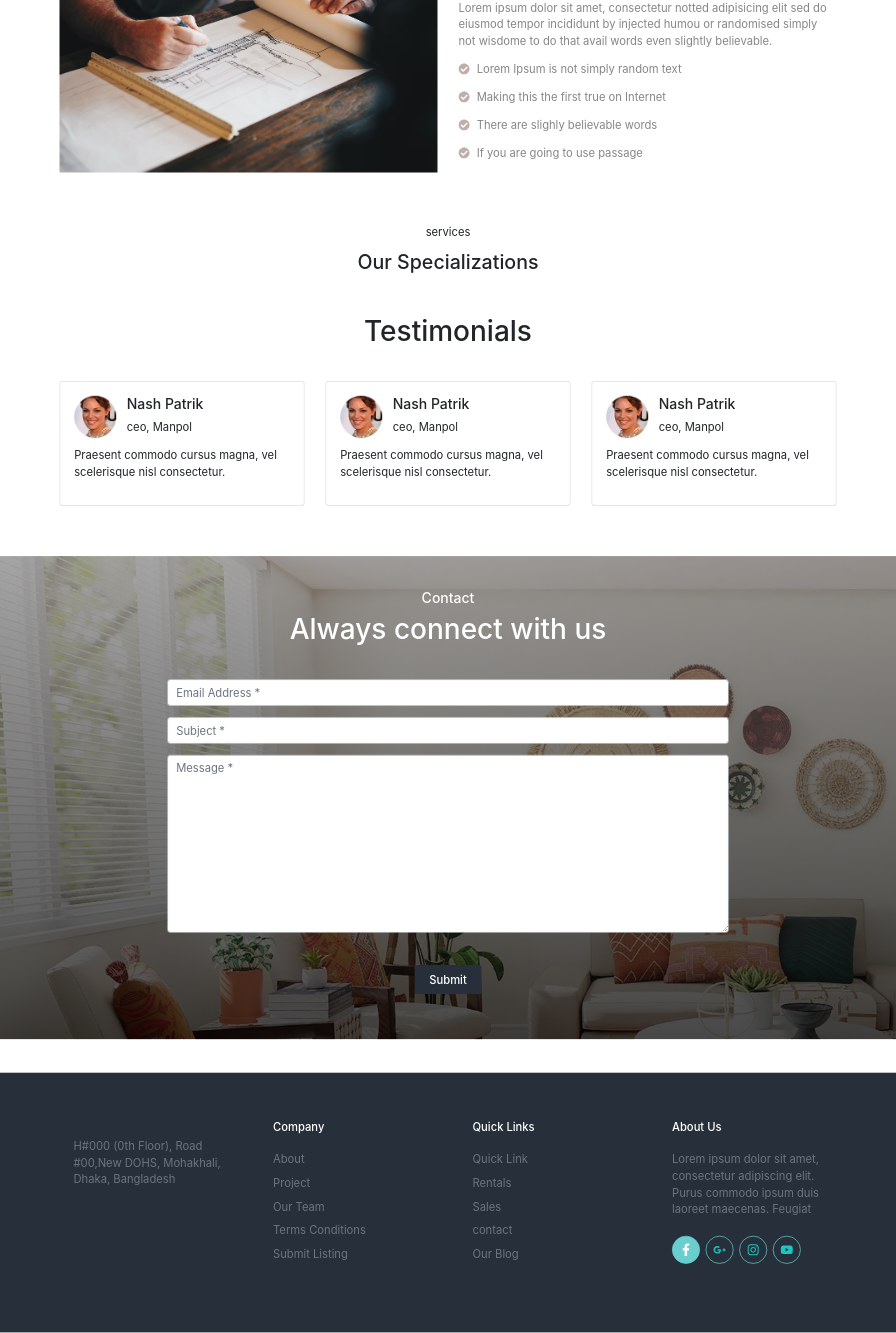
Repository: arif286/home-decoration-client-site
Page: /
The author's editor kept a copy of each file at every save. The page is drawn from the files as they stood at one save, then again after the next save.
The browser window is 1280 px wide. The pictures show the part of the page from y = 1278 to 3198 px (the page is 3182 px tall before and 3198 px after), at 70% of full size.
The page's requests for data from a server got no answer. The project was rebuilt for these pictures with package versions that can differ from the ones it lists, and the page was loaded fresh each time. No one was signed in, and anything a server would have sent is missing. Also part of the build but not shown: src/components/DashBoard/Admin/AddService/AddService.css, src/components/DashBoard/Admin/AddService/AddService.js, src/components/DashBoard/Admin/MakeAdmin/MakeAdmin.css, src/components/DashBoard/Admin/MakeAdmin/MakeAdmin.js, src/components/DashBoard/Admin/ManageService/ManageService.js, src/components/DashBoard/Admin/OrderList/OrderList.js, src/components/DashBoard/User/Booking/Booking.js, src/components/DashBoard/User/BookingList/BookingList.js and 13 more.

Above is the page before, as saved 2021-04-16 04:43:34.

### src/App.js
import "bootstrap/dist/css/bootstrap.min.css";
import React, { createContext, useState } from "react";
import { BrowserRouter as Router, Route, Switch } from "react-router-dom";
import DashBoard from "./components/DashBoard/DashBoard/DashBoard";
import Home from "./components/HomePage/Home/Home";
import PrivateRoute from "./components/LoginPage/PrivateRoute/PrivateRoute";
import SignUp from "./components/LoginPage/SignUp/SignUp";

export const UserContext = createContext();

function App() {
  const [loggedInUser, setLoggedInUser] = useState({});
  return (
    <UserContext.Provider value={[loggedInUser, setLoggedInUser]}>
      <Router>
        <Switch>
          <Route path="/home">
            <Home />
          </Route>
          <PrivateRoute path="/dashBoard">
            <DashBoard />
          </PrivateRoute>
          <Route path="/login">
            <SignUp />
          </Route>
          <Route exact path="/">
            <Home />
          </Route>
        </Switch>
      </Router>
    </UserContext.Provider>
  );
}

export default App;

### src/components/HomePage/Home/Home.js
import React from 'react';
import AboutUs from '../AboutUs/AboutUs';
import Contact from '../Contact/Contact';
import Footer from '../Footer/Footer';
import Header from '../Header/Header';
import Project from '../Project/Project';
import Service from '../Service/Service';
import Testimonials from '../Testimonials/Testimonials';

const Home = () => {
    return (
        <>
            <Header />
            <Project />
            <AboutUs/>
            <Service />
            <Testimonials />
            <Contact/>
            <Footer/>
        </>
    );
};

export default Home;

### src/components/HomePage/AboutUs/AboutUs.js
import { faCheckCircle } from "@fortawesome/free-solid-svg-icons";
import { FontAwesomeIcon } from "@fortawesome/react-fontawesome";
import React from "react";
import { Col, Container, Row } from "react-bootstrap";
import architects from "../../../home-decoration/Image_Icon/Image/architect.jpg";
import "./AboutUs.css";

const checkBox = <FontAwesomeIcon icon={faCheckCircle} />;

const AboutUs = () => {
  return (
    <Container className="mt-5">
      <h1 className="text-center mb-4">About Us</h1>
      <Row className="row-cols-1 row-cols-md-2">
        <Col className="pb-4">
          <img
            style={{ objectFit: "cover" }}
            className="w-100 h-100"
            src={architects}
            alt=""
          />
        </Col>
        <Col className="pb-4 about-us">
          <p className="welcome-text">
            <small>WELCOME TO OUR AGENCY</small>
          </p>
          <h5>MOST EXPERIENCED BUILDERS ARCHITECTS & DESIGNERS</h5>
          <p style={{ color: "#C0AC95", fontStyle: "italic", fontWeight: 500 }}>
            We're building everything you always needed in architect
          </p>

          <p>
            Lorem ipsum dolor sit amet, consectetur notted adipisicing elit sed
            do eiusmod tempor incididunt by injected humou or randomised simply
            not wisdome to do that avail words even slightly believable.
          </p>
          <div>
            <p>
              <span>{checkBox}</span>Lorem Ipsum is not simply random text
            </p>
            <p>
              <span>{checkBox}</span>Making this the first true on Internet
            </p>
            <p>
              <span>{checkBox}</span>There are slighly believable words
            </p>
            <p>
              <span>{checkBox}</span>If you are going to use passage
            </p>
          </div>
        </Col>
      </Row>
    </Container>
  );
};

export default AboutUs;

### src/components/HomePage/Contact/Contact.js
import React from "react";
import "./Contact.css";
const Contact = () => {
  return (
    <section className="contact my-5 py-5">
      <div className="container">
        <div className="section-header text-center text-white mb-5">
          <h5 className="text-white">Contact</h5>
          <h1>Always connect with us</h1>
        </div>
        <div className="col-md-9 mx-auto">
          <form action="">
            <div className="form-group">
              <input
                type="text"
                className="form-control"
                placeholder="Email Address *"
              />
            </div>
            <div className="form-group">
              <input
                type="text"
                className="form-control"
                placeholder="Subject *"
              />
            </div>
            <div className="form-group">
              <textarea
                name=""
                className="form-control"
                id=""
                cols="30"
                rows="10"
                placeholder="Message *"
              ></textarea>
            </div>
            <div className="form-group text-center">
              <button type="button" className="btn btn-brand">
                Submit
              </button>
            </div>
          </form>
        </div>
      </div>
    </section>
  );
};

export default Contact;

### src/components/HomePage/Footer/Footer.js
import {
  faFacebookF,

  faGooglePlusG, faInstagram, faYoutube
} from "@fortawesome/free-brands-svg-icons";
import { FontAwesomeIcon } from "@fortawesome/react-fontawesome";
import React from "react";
import { Container } from "react-bootstrap";
import FooterCol from "../FooterCol/FooterCol";
import "./Footer.css";

const Footer = () => {
  const ourAddress = [
    {
      name:
        "H#000 (0th Floor), Road #00,New DOHS, Mohakhali, Dhaka, Bangladesh  ",
    },
  ];
  const AboutUs = [
    {
      name:
        "Lorem ipsum dolor sit amet, consectetur adipiscing elit. Purus commodo ipsum duis laoreet maecenas. Feugiat ",
      link: "//google.com/map",
    },
  ];
  const quickLinks = [
    { name: "Quick Link", link: "/" },
    { name: "Rentals", link: "/" },
    { name: "Sales", link: "/" },
    { name: "contact", link: "/" },
    { name: "Our Blog", link: "/" },
  ];
  const company = [
    { name: "About", link: "/" },
    { name: "Project", link: "/" },
    { name: "Our Team", link: "/" },
    { name: "Terms Conditions", link: "/" },
    { name: "Submit Listing", link: "/" },
  ];
  return (
    <footer className="footer-area clear-both">
      <Container className="mt-5">
        <div className="row py-5">
          <FooterCol key={1} menuItems={ourAddress} />
          <FooterCol key={2} menuTitle="Company" menuItems={company} />
          <FooterCol key={3} menuTitle="Quick Links" menuItems={quickLinks} />
          <FooterCol key={4} menuTitle="About Us" menuItems={AboutUs}>
            <ul className="social-media list-inline">
              <li className="list-inline-item">
                <a href="//facebook.com">
                  <FontAwesomeIcon
                    className="icon active-icon"
                    icon={faFacebookF}
                  />
                </a>
              </li>
              <li className="list-inline-item">
                <a href="//google.com">
                  <FontAwesomeIcon className="icon" icon={faGooglePlusG} />
                </a>
              </li>
              <li className="list-inline-item">
                <a href="//instagram.com">
                  <FontAwesomeIcon className="icon" icon={faInstagram} />
                </a>
              </li>
              <li className="list-inline-item">
                <a href="//youtube.com">
                  <FontAwesomeIcon className="icon" icon={faYoutube} />
                </a>
              </li>
            </ul>
          </FooterCol>
        </div>
      </Container>
    </footer>
  );
};

export default Footer;

### src/components/HomePage/Header/Header.js
import React from 'react';
import { Card, Col, Container, Row } from 'react-bootstrap';
import NavBar from '../NavBar/NavBar';
import './Header.css';
const Header = () => {
    return (
      <div className="top-banner">
        <NavBar />
        <Container>
          <Row className="row-cols-1 row-cols-md-2  mt-5">
            <Col className="design pb-4">
              <Card.Body>
                <h3 className="text-wrap">Contemporary Interior Design</h3>
                <p>
                  Online Easte Agency, the mordern way to sell your own home,
                  You can use Griffin Residential to market your property
                </p>
                <button>View Projects</button>
              </Card.Body>
            </Col>
            <Col className="pb-4">
              <iframe
                width="100%"
                height="365"
                src="https://www.youtube-nocookie.com/embed/_Ecl_XEETEA?start=23"
                title="YouTube video player"
                frameBorder="0"
                allow="accelerometer; autoplay; clipboard-write; encrypted-media; gyroscope; picture-in-picture"
                allowFullScreen
              ></iframe>
            </Col>
          </Row>
        </Container>
      </div>
    );
};

export default Header;

### src/components/HomePage/Project/Project.js
import React, { useState } from 'react';
import { Carousel, Container } from 'react-bootstrap';
import carousel1 from "../../../home-decoration/Image_Icon/Image/carousel1.jpg";
import carousel2 from "../../../home-decoration/Image_Icon/Image/carousel2.jpg";
import carousel3 from "../../../home-decoration/Image_Icon/Image/carousel3.jpg";
import carousel4 from "../../../home-decoration/Image_Icon/Image/carousel4.jpg";

const Project = () => {
     const [index, setIndex] = useState(0);

  const handleSelect = (selectedIndex, e) => {
    setIndex(selectedIndex);
  };

    return (
      <Container className="mt-5">
        {/* <p className='text-center'>Projects</p>
            <h3 className='text-center mb-5'>Discover the latest interior Design available tody</h3> */}
        <Carousel activeIndex={index} onSelect={handleSelect}>
          <Carousel.Item>
            <img
              style={{ height: "400px", objectFit: "cover" }}
              className="d-block w-100"
              src={carousel1}
              alt="First slide"
            />
            <Carousel.Caption>
              <h3>Floor Plan</h3>
              <p>Nulla vitae elit libero, a pharetra augue mollis interdum.</p>
            </Carousel.Caption>
          </Carousel.Item>
          <Carousel.Item>
            <img
              style={{ height: "400px", objectFit: "cover" }}
              className="d-block w-100"
              src={carousel2}
              alt="Second slide"
            />

            <Carousel.Caption>
              <h3>Interior Design</h3>
              <p>Lorem ipsum dolor sit amet, consectetur adipiscing elit.</p>
            </Carousel.Caption>
          </Carousel.Item>
          <Carousel.Item>
            <img
              style={{ height: "400px", objectFit: "cover" }}
              className="d-block w-100"
              src={carousel3}
              alt="Third slide"
            />

            <Carousel.Caption>
              <h3>Architecture Design</h3>
              <p>
                Praesent commodo cursus magna, vel scelerisque nisl consectetur.
              </p>
            </Carousel.Caption>
          </Carousel.Item>
          <Carousel.Item>
            <img
              style={{ height: "400px", objectFit: "cover" }}
              className="d-block w-100"
              src={carousel4}
              alt="Third slide"
            />

            <Carousel.Caption>
              <h3>Construction</h3>
              <p>
                Praesent commodo cursus magna, vel scelerisque nisl consectetur.
              </p>
            </Carousel.Caption>
          </Carousel.Item>
        </Carousel>
      </Container>
    );
};

export default Project;

### src/components/HomePage/Service/Service.js
import axios from "axios";
import React, { useEffect, useState } from "react";
import { Col, Container, Row } from "react-bootstrap";
import ServiceCard from "../ServiceCard/ServiceCard";

const Service = () => {
  const [services, setServices] = useState([]);
  useEffect(() => {
    axios
      .get("http://localhost:5000/services")
      .then((res) => setServices(res.data))
      .catch((err) => console.log(err));
  }, []);
  return (
    <Container className="mt-5">
      <p className="text-center">services</p>
      <h3 className="text-center">Our Specializations</h3>
      <Row className="row-cols-1 row-cols-lg-3 row-cols-sm-2">
        {services.map((service,indx) => (
          <Col className="pb-4">
            <ServiceCard key='indx' service={service} />
          </Col>
        ))}
      </Row>
    </Container>
  );
};

export default Service;

### src/components/HomePage/Testimonials/Testimonials.js
import React, { useState } from "react";
import { Col, Container, Row } from "react-bootstrap";
import reviewsImg from "../../../home-decoration/Image_Icon/Image/Ellipse 90.png";
import TestimonialCard from "../TestimonialCard/TestimonialCard";

const testimony = [
  {
    name: "Nash Patrik",
    company: "ceo, Manpol",
    picture: reviewsImg,
    text: "Praesent commodo cursus magna, vel scelerisque nisl consectetur.",
  },
  {
    name: "Nash Patrik",
    company: "ceo, Manpol",
    picture: reviewsImg,
    text: "Praesent commodo cursus magna, vel scelerisque nisl consectetur.",
  },
  {
    name: "Nash Patrik",
    company: "ceo, Manpol",
    picture: reviewsImg,
    text: "Praesent commodo cursus magna, vel scelerisque nisl consectetur.",
  },
];
const Testimonials = () => {
  const [reviews, setReviews] = useState(testimony);
  return (
    <Container className="mt-5">
      <h1 className="text-center">Testimonials</h1>
      <Row className="row-cols-1 row-cols-md-3 row-cols-sm-2 mt-5">
        {reviews.map((review) => (
          <Col className='pb-4'>
            <TestimonialCard review={review} />
          </Col>
        ))}
      </Row>
    </Container>
  );
};

export default Testimonials;

### src/components/HomePage/NavBar/NavBar.js
import React from 'react';
import { Nav, Navbar } from 'react-bootstrap';
import { NavLink } from 'react-router-dom';
import './NavBar.css';

const NavBar = () => {
    return (
      <>
        <Navbar expand="md">
          <h3
            style={{
              fontWeight: 700,
              textTransform: "uppercase",
            }}
          >
            Interior{" "}
            <span style={{ fontWeight: 500, color: "#464C51" }}>Design</span>{" "}
          </h3>
          <Navbar.Toggle aria-controls="basic-navbar-nav" />
          <Navbar.Collapse id="basic-navbar-nav">
            <Nav className="ml-auto">
              <NavLink className="header-link" to="/home">
                Home
              </NavLink>
              <NavLink className="header-link" to="#link">
                About us
              </NavLink>
              <NavLink className="header-link" to="#link">
                Projects
              </NavLink>
              <NavLink className="header-link" to="/admin">
                Admin
              </NavLink>
              <NavLink className="header-link" to="/login">
                Login
              </NavLink>
            </Nav>
          </Navbar.Collapse>
        </Navbar>
      </>
    );
};

export default NavBar;

### src/components/HomePage/AboutUs/AboutUs.css
.about-us h5 {
  text-transform: uppercase;
  margin-bottom: 25px;
}
.welcome-text {
  margin-bottom: 15px;
  color: #868686;
}
.about-us p {
  color: #868686;
}
.about-us p span {
  margin-right: 10px;
  color: #beafa9;
}

### src/components/HomePage/Contact/Contact.css
.contact {
  background-image: linear-gradient(#6b696996, #000000b5),
    url(../../../home-decoration/Image_Icon/Image/contactBg.jpg);
  position: relative;
  z-index: 1;
}
.contact::before {
  position: absolute;
  content: "";
  top: 0;
  width: 100%;
  height: 100%;
  opacity: 0.9;
  z-index: -1;
}
.btn-brand {
  color: white;
  background-color: #272f3a;
  padding: 8px 20px;
  margin-top: 30px;
  font-weight: 500;
  transition: 0.7s;
}

.btn-brand:hover {
  background-color: #313945;
  color: white;
}

### src/components/HomePage/FooterCol/FooterCol.js
import React from "react";
import { Card } from "react-bootstrap";
import { Link } from "react-router-dom";

const FooterCol = (props) => {
  return (
    <div className="col-md-3 col-sm-6">
      <Card.Body>
        {props.menuTitle && <h6 className="text-white">{props.menuTitle}</h6>}

        <ul className="list-unstyled mt-4">
          {props.menuItems.map((item, index) => (
            <li key={index}>
              <Link to={item.link} className="text-secondary">
                {item.name}
              </Link>
            </li>
          ))}
        </ul>
        {props.children && props.children}
      </Card.Body>
    </div>
  );
};

export default FooterCol;

### src/components/HomePage/Footer/Footer.css
.footer-area {
  background-color: #272f3a;
}

.footer-area li {
  padding-bottom: 10px;
}

.social-media .icon {
  height: 40px;
  width: 40px;
  color: #1cc7c1;
  border-radius: 50%;
  border: 1px solid #6acece;
  padding: 10px;
}
.social-media .active-icon {
  background-color: #6acece;
  color: white;
}
.icon:hover {
  background-color: #6acece;
  color: white;
}

### src/components/HomePage/Header/Header.css
.top-banner {
  background-image: url("../../../home-decoration/Image_Icon/Image/banner1.jpg");
  background-repeat: no-repeat;
  background-size: cover;
  padding-bottom: 50px;
}
.design h3 {
  text-transform: uppercase;
  font-weight: 700;
  color: #1f1632;
}
.design p {
  font-weight: 500;
  margin-top: 25px;
  color: #0c0a0abd;
}
.design button {
  background-color: #251d58;
  color: white;
  outline: none;
  border: none;
  padding: 10px 25px;
  font-weight: 500;
  border-radius: 5px;
  margin-top: 25px;
}

### src/components/HomePage/TestimonialCard/TestimonialCard.js
import React from "react";
import { Card } from "react-bootstrap";

const TestimonialCard = ({ review }) => {
  return (
    <Card>
      <Card.Body>
        <div className="d-flex">
          <img style={{ width: "60px", height:'60px', marginRight:'15px' }} src={review.picture} alt="" />
          <div>
            <h5>{review.name}</h5>
            <p>{review.company}</p>
          </div>
        </div>
        <p>{review.text}</p>
      </Card.Body>
    </Card>
  );
};

export default TestimonialCard;

### src/components/HomePage/NavBar/NavBar.css
.header-link {
  color: #0e0f21;
  padding: 12px;
  font-weight: 500;
}
.header-link:hover {
  text-decoration: none;
  color: #34364793;
}

Loaded but not shown: public/index.html (common file); src/index.js (common file); src/index.css (common file); src/reportWebVitals.js (common file)

After the next save:
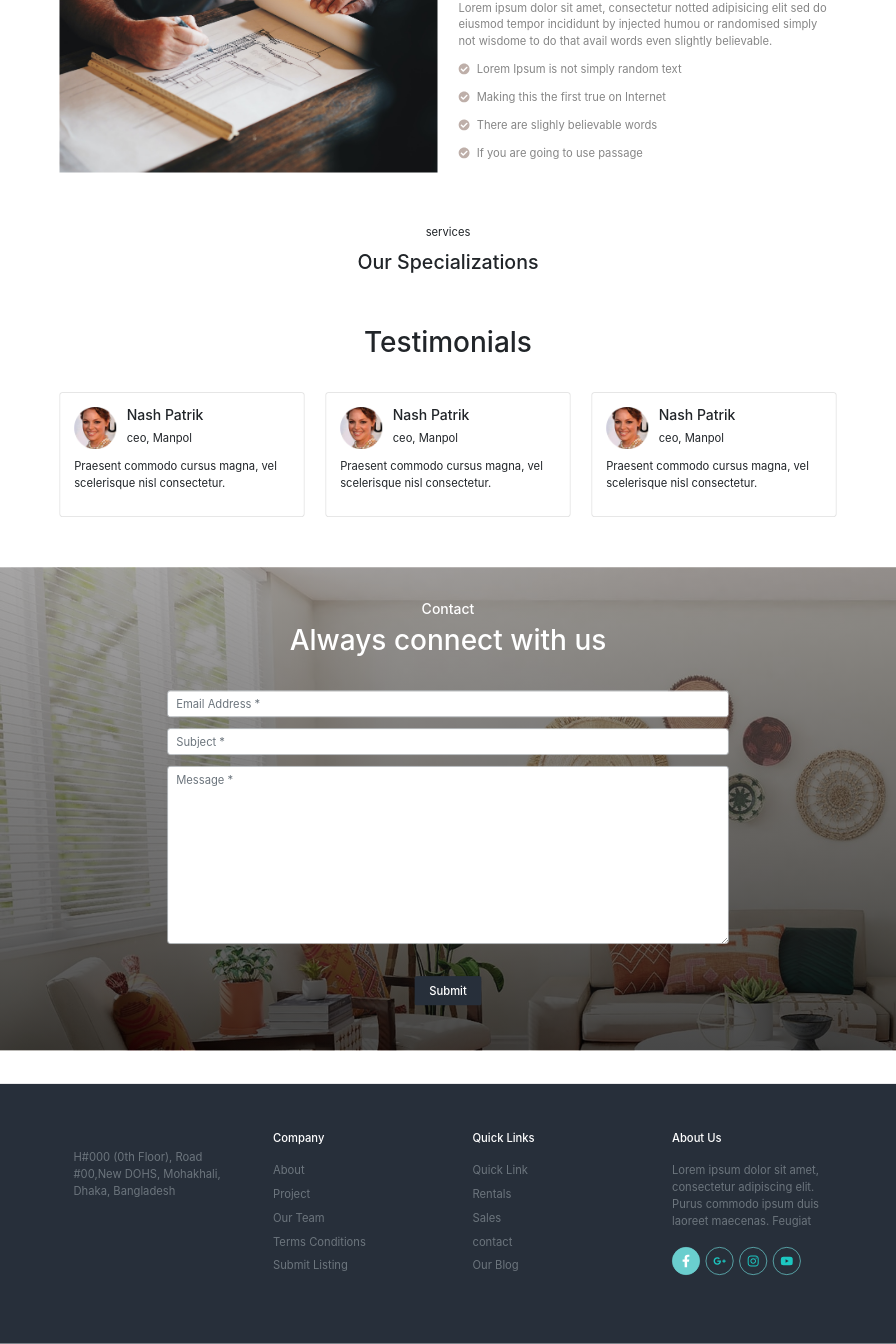
Saved 112 s later.
--- a/src/components/HomePage/Service/Service.js
+++ b/src/components/HomePage/Service/Service.js
@@ -14,7 +14,7 @@ const Service = () => {
   return (
     <Container className="mt-5">
       <p className="text-center">services</p>
-      <h3 className="text-center">Our Specializations</h3>
+      <h3 className="text-center mb-4">Our Specializations</h3>
       <Row className="row-cols-1 row-cols-lg-3 row-cols-sm-2">
         {services.map((service,indx) => (
           <Col className="pb-4">
